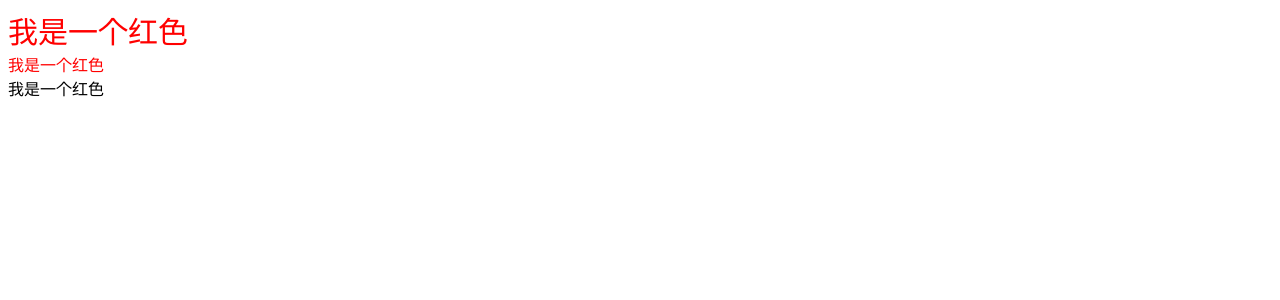
Repository: ls02/VSCode
Page: Java/2022/6-30-1/Test2.html
These files come from the project's save history. The page is drawn as it stood at one moment and after the next save; the edit follows.
The browser window is 1280 px wide. The pictures show the whole page.

Above is the page before, as saved 2022-07-01 00:13:22.

After the next save:
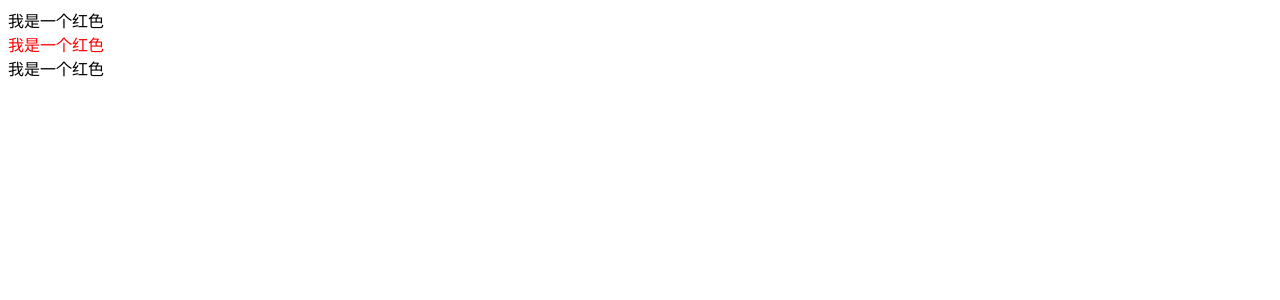
Saved 2 min 8 s later.
--- a/Java/2022/6-30-1/Test2.html
+++ b/Java/2022/6-30-1/Test2.html
@@ -2,7 +2,7 @@
  * @Author: ls02 <2877455773@qq.com>
  * @Date: 2022-06-30 22:43:22
  * @LastEditors: ls02 <2877455773@qq.com>
- * @LastEditTime: 2022-07-01 00:13:14
+ * @LastEditTime: 2022-07-01 00:15:29
  * @FilePath: \Java\2022\6-30-1\Test2.html
  * @Description:
  *
@@ -17,18 +17,18 @@
     <title>我的标题</title>
     <!-- 类选择器开头必须跟. -->
     <style>
-        .grep {
+        #grep {
             color:red;
         }
 
-        .size{
+        #size{
             font-size: 30px;
         }
     </style>
 </head>
 <body>
     <!-- 类选择器如果想要多个用空格隔开表示 -->
-    <div class="grep size">我是一个红色</div>
-    <div class="grep">我是一个红色</div>
+    <div id="grep size">我是一个红色</div>
+    <div id="grep">我是一个红色</div>
     <div>我是一个红色</div>
 </html>
